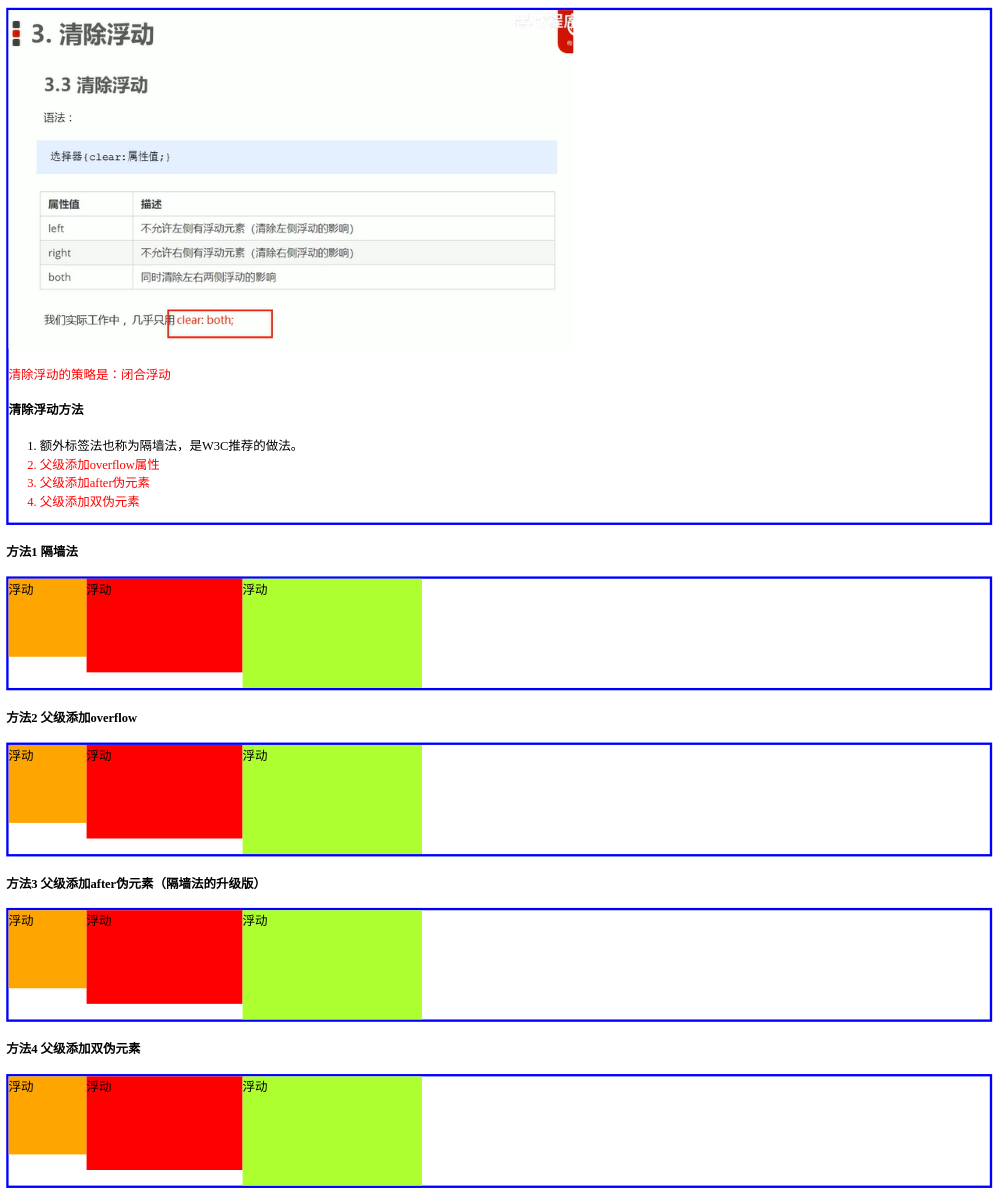
Repository: zhengdeya/web-based
Page: 37-清除浮动/03-清除浮动.html
An editor plug-in stored every save of this project. The page is shown before and after the next save, followed by the edit.
The browser window is 1280 px wide. The pictures show the whole page, at 78% of full size.

Above is the page before, as saved 2021-04-13 11:18:57.

### 37-清除浮动/03-清除浮动.html
<!DOCTYPE html>
<html lang="en">

<head>
    <meta charset="UTF-8">
    <meta http-equiv="X-UA-Compatible" content="IE=edge">
    <meta name="viewport" content="width=device-width, initial-scale=1.0">
    <title>清除浮动</title>
    <style>
        /* 清除浮动 after就是在后面又加了盒子 */
        .clearfix:after {
            /* after伪元素必须有content属性  */
            content: "";
            display: block;
            height: 0;
            clear: both;
            visibility: hidden;
        }

        /* 为了照顾IE浏览器 */
        .clearfix {
            /* 兼容IE6 、7专有 */
            *zoom: 1;
        }

        .fatherbox {
            border: 3px solid blue;
            margin: 10px auto;
        }

        .box1 {
            width: 100px;
            height: 100px;
            background-color: orange;
        }

        .box2 {
            width: 200px;
            height: 120px;
            background-color: red;
        }

        .box3 {
            width: 230px;
            height: 140px;
            background-color: greenyellow;
        }

        .fudong {
            float: left;
        }

        /* 清除浮动 */
        .clear {
            clear: both;
        }

        .overflow {
            overflow: hidden;
            /* overflow: auto; */
            /* overflow: scroll; */
            /* 但无法显示溢出的部分 */
        }
    </style>
</head>

<body>
    <div class="info fatherbox">
        <img src="../imgs/清除浮动.png" alt="">
        <p style="color: red;">清除浮动的策略是：闭合浮动</p>
        <h4>清除浮动方法</h4>
        <ol>
            <li>额外标签法也称为隔墙法，是W3C推荐的做法。</li>
            <li style="color: red;">父级添加overflow属性</li>
            <li style="color: red;">父级添加after伪元素</li>
            <li style="color: red;">父级添加双伪元素</li>
        </ol>
    </div>

    <h4>方法1 隔墙法</h4>
    <div class="fatherbox">
        <div class="box1 fudong">浮动</div>
        <div class="box2 fudong">浮动</div>
        <div class="box3 fudong">浮动</div>
        <!-- 额外标签用来清除浮动 但要求必须是块级元素，不能是行内元素-->
        <div class="clear"></div>
        <!-- <div style="clear: both;"></div> -->
    </div>

    <h4>方法2 父级添加overflow</h4>
    <div class="fatherbox overflow">
        <div class="box1 fudong">浮动</div>
        <div class="box2 fudong">浮动</div>
        <div class="box3 fudong">浮动</div>

    </div>
    <h4>方法3 父级添加after伪元素（隔墙法的升级版）</h4>
    <div class="fatherbox clearfix">
        <div class="box1 fudong">浮动</div>
        <div class="box2 fudong">浮动</div>
        <div class="box3 fudong">浮动</div>
    </div>
    <h4>方法4 父级添加双伪元素</h4>
    <div class="fatherbox clearfix">
        <div class="box1 fudong">浮动</div>
        <div class="box2 fudong">浮动</div>
        <div class="box3 fudong">浮动</div>
    </div>
</body>

</html>

After the next save:
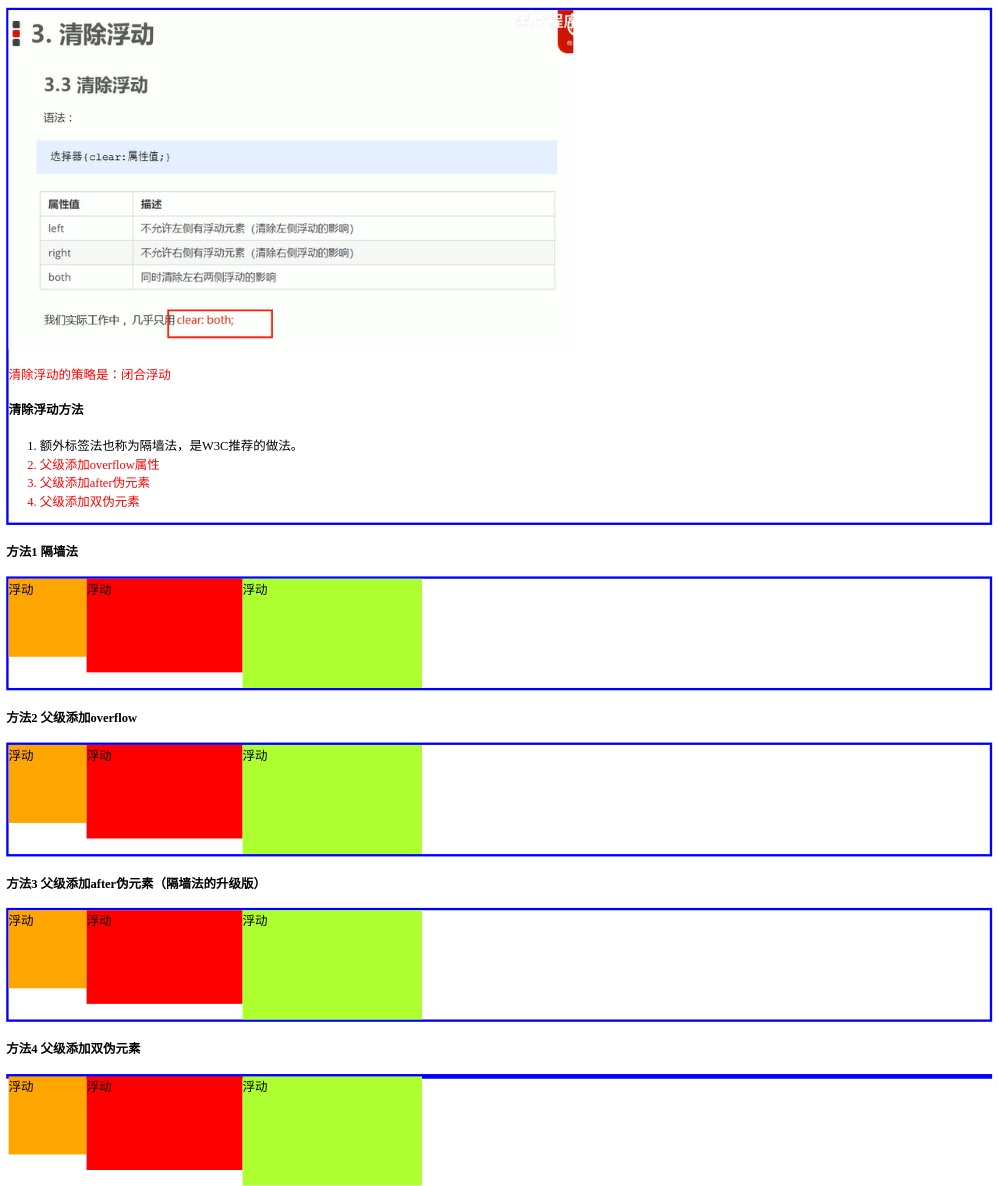
Saved 4 min 56 s later.
--- a/37-清除浮动/03-清除浮动.html
+++ b/37-清除浮动/03-清除浮动.html
@@ -7,7 +7,7 @@
     <meta name="viewport" content="width=device-width, initial-scale=1.0">
     <title>清除浮动</title>
     <style>
-        /* 清除浮动 after就是在后面又加了盒子 */
+        /* 清除浮动3 after就是在后面又加了盒子 */
         .clearfix:after {
             /* after伪元素必须有content属性  */
             content: "";
@@ -20,6 +20,21 @@
         /* 为了照顾IE浏览器 */
         .clearfix {
             /* 兼容IE6 、7专有 */
+            *zoom: 1;
+        }
+
+        /* /* 清除浮动4 */
+        .clearfix2:before,
+        .clearfix2:after {
+            content: "";
+            display: table;
+        }
+
+        .clearfix2:after {
+            clear: both;
+        }
+
+        .clearfix2 {
             *zoom: 1;
         }
 
@@ -50,11 +65,12 @@
             float: left;
         }
 
-        /* 清除浮动 */
+        /* 清除浮动1 */
         .clear {
             clear: both;
         }
 
+        /* 清除浮动2 */
         .overflow {
             overflow: hidden;
             /* overflow: auto; */
@@ -101,7 +117,7 @@
         <div class="box3 fudong">浮动</div>
     </div>
     <h4>方法4 父级添加双伪元素</h4>
-    <div class="fatherbox clearfix">
+    <div class="fatherbox">
         <div class="box1 fudong">浮动</div>
         <div class="box2 fudong">浮动</div>
         <div class="box3 fudong">浮动</div>

After the save that followed:
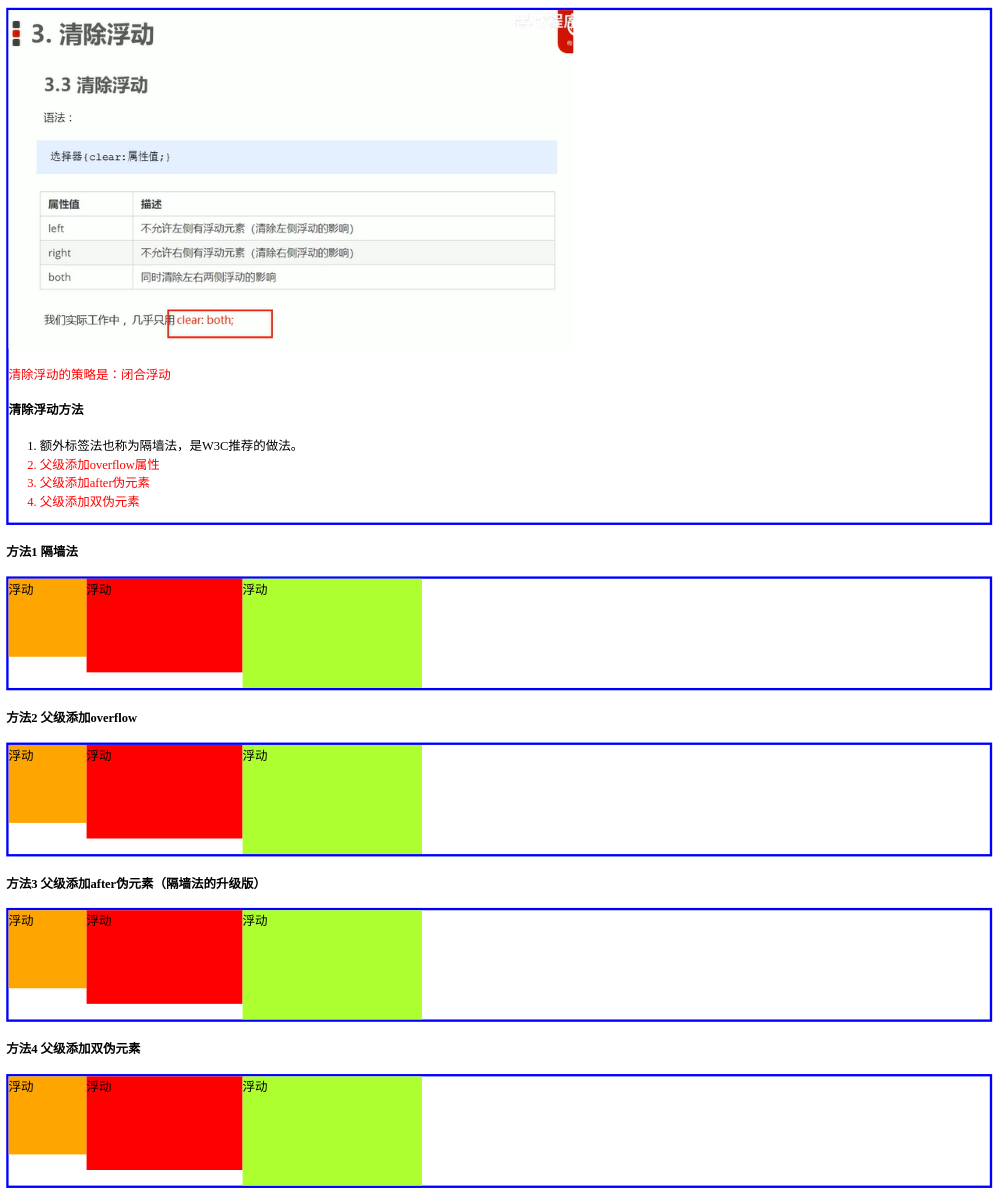
Saved 19 s later.
--- a/37-清除浮动/03-清除浮动.html
+++ b/37-清除浮动/03-清除浮动.html
@@ -117,7 +117,7 @@
         <div class="box3 fudong">浮动</div>
     </div>
     <h4>方法4 父级添加双伪元素</h4>
-    <div class="fatherbox">
+    <div class="fatherbox clearfix2">
         <div class="box1 fudong">浮动</div>
         <div class="box2 fudong">浮动</div>
         <div class="box3 fudong">浮动</div>
